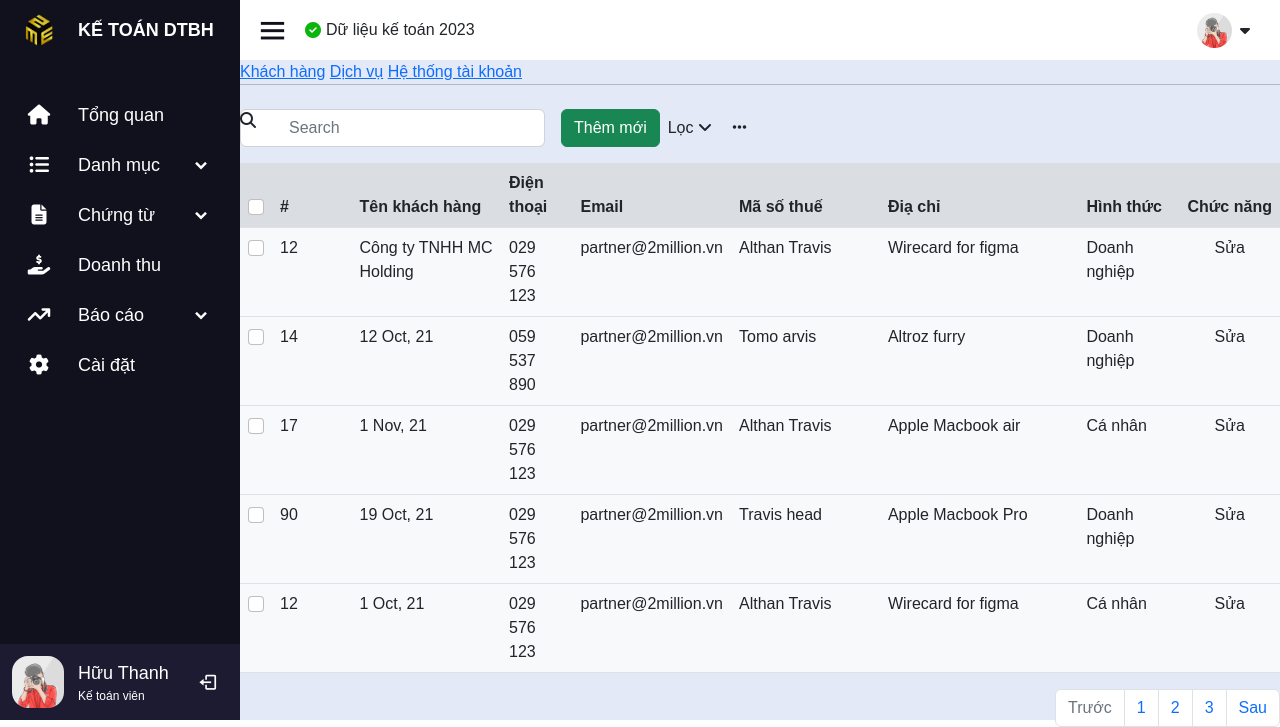
Repository: huuthanhdev/PhanMemKeToan
Page: pages/customer.html
An editor plug-in stored every save of this project. The page is shown before and after the next save, followed by the edit.
The browser window is 1280 px wide. The pictures show the whole page.
Some web fonts or font styles are not loaded; a fallback is used. Some web libraries are served in a nearby version.

Above is the page before, as saved 2023-03-24 16:58:37.

After the next save:
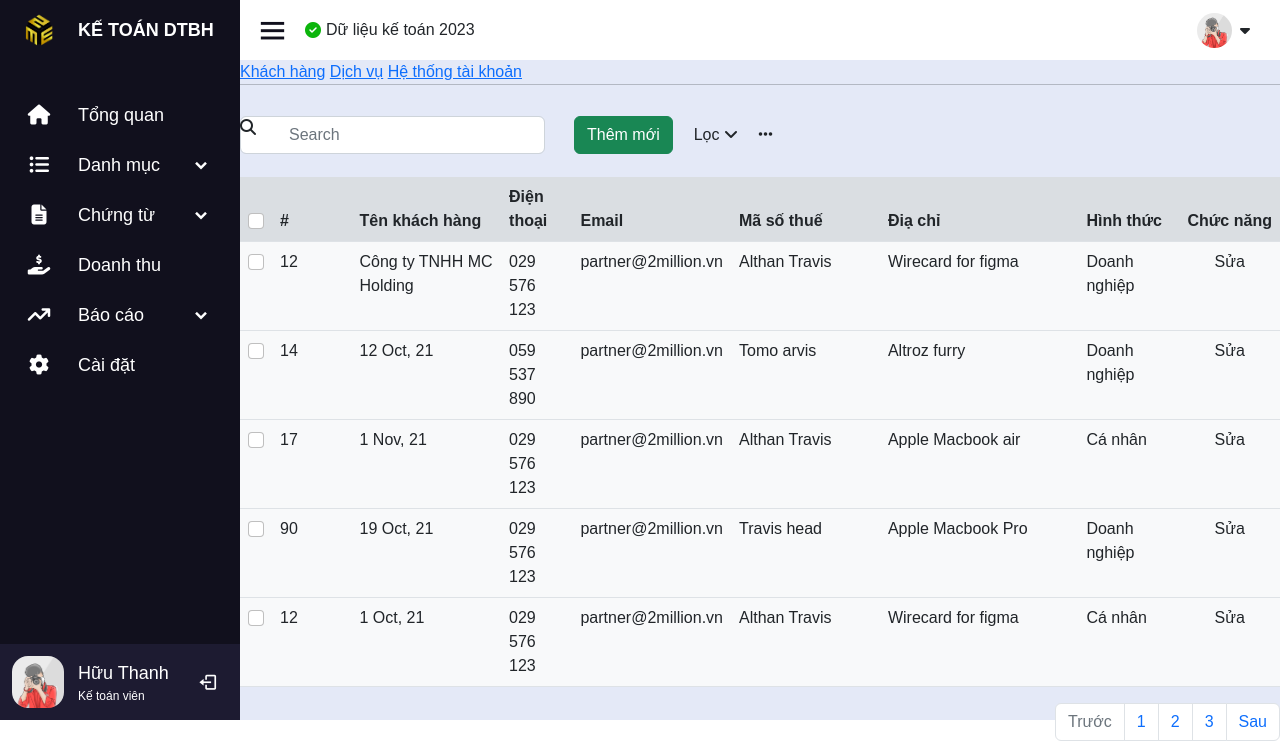
Saved 35 s later.
--- a/pages/customer.html
+++ b/pages/customer.html
@@ -143,7 +143,9 @@
                   <span class="position-absolute search"><i class="fa fa-search"></i></span>
                   <input class="form-control w-100 px-5 m-0" placeholder="Search">
               </div>
-              <button type="button" class="btn btn-success ms-3">Thêm mới</button>
+              <div class="btn">
+                <button type="button" class="btn btn-success ms-3">Thêm mới</button>
+              </div>
               <div class="filter px-2">
                   <span>Lọc <i class="fa fa-angle-down"></i></span>
                   <i class="fa fa-ellipsis-h ms-3"></i>
